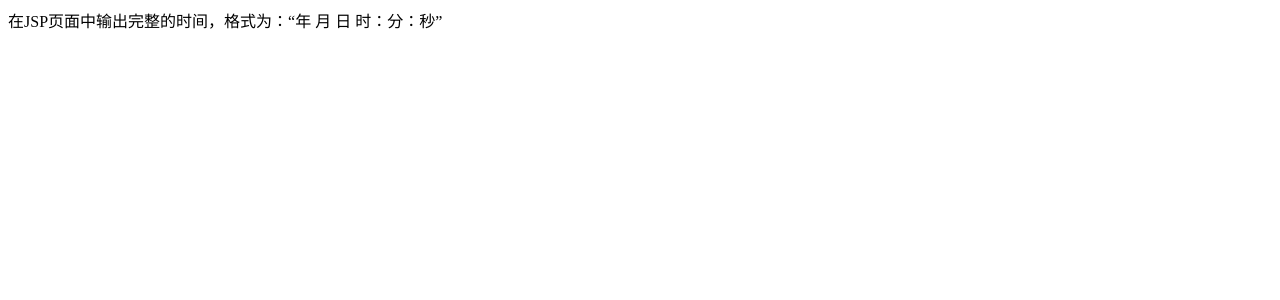
Repository: bookFireFly/bookFireFly
Page: http://localhost/JSP112_1/
An editor plug-in stored every save of this project. The page is shown before and after the next save, followed by the edit.
The browser window is 1280 px wide. The pictures show the whole page.
The page is served by Tomcat 9.

Above is the page before, as saved 2017-10-24 11:18:19.

After the next save:
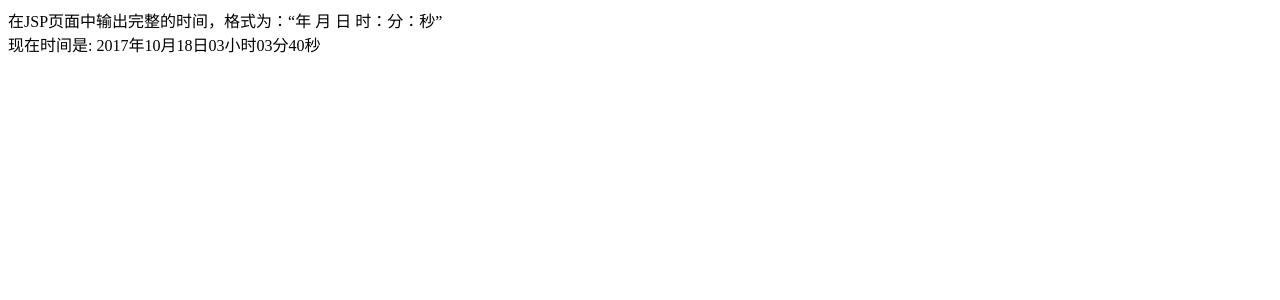
Saved 6 min 44 s later.
--- a/JSP112_1/WebContent/index.jsp
+++ b/JSP112_1/WebContent/index.jsp
@@ -24,6 +24,14 @@
 <%
 	Date date = new Date();
 	String year = String.format("%tY",date);
+	String month = String.format("%tm",date);
+	String day = String.format("%td",date);
+	String hour = String.format("%tH",date);
+	String minute = String.format("%tM",date);
+	String second = String.format("%tS",date);
+	String dateStr = year + "年" + month +"月" + day + "日" + hour + "小时"
+			+ minute + "分" + second + "秒";
 %>
+现在时间是: <%= dateStr %>
 </body>
 </html>
